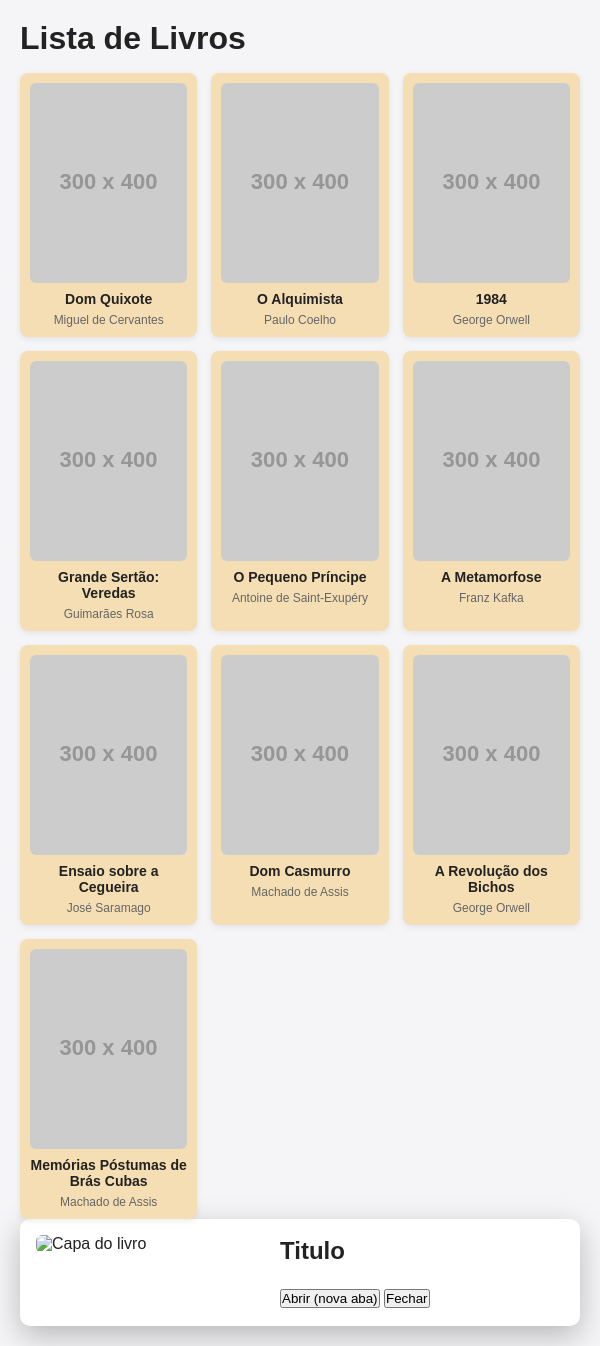
Repository: cleytonds/Biblioteca
Page: templates/lista_livros.HTML
An editor plug-in stored every save of this project. The page is shown before and after the next save, followed by the edit.
The browser window is 600 px wide. The pictures show the whole page.

Above is the page before, as saved 2025-11-15 11:55:21.

After the next save:
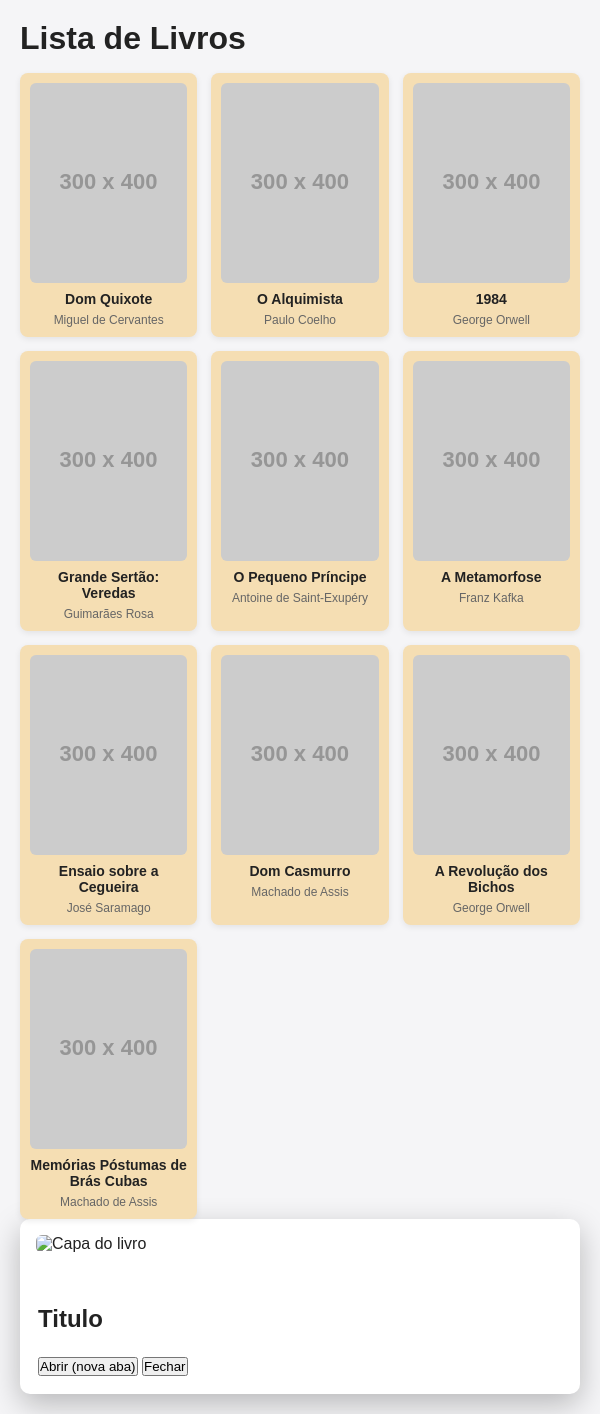
Saved 3 min 50 s later.
--- a/Static/lista_de_livros.css
+++ b/Static/lista_de_livros.css
@@ -89,3 +89,10 @@
     cursor: pointer;
     font-weight: 600;
 }
+.bnt-primary { background: #2563eb; color: wheat;}
+.bnt-close { background: #eee; color: #222;}
+
+@media (max-width:640px){
+    .modal { flex-direction: column;}
+    .modal-left { width: 100%;}
+}
